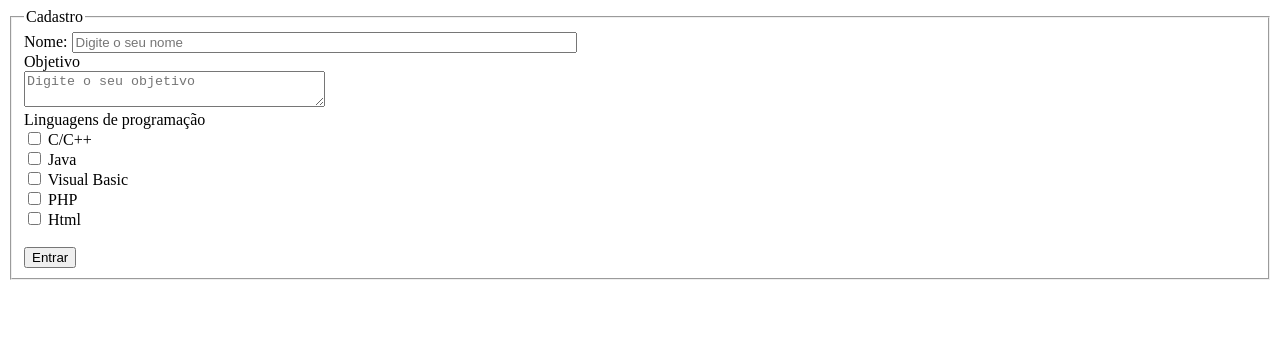
Repository: Lerif/WebServletLearning
Page: http://localhost/WebLearning/
An editor plug-in stored every save of this project. The page is shown before and after the next save, followed by the edit.
The browser window is 1280 px wide. The pictures show the whole page.
The page is served by Tomcat 9. Other server files are loaded and not shown.

Above is the page before, as saved 2016-10-26 13:08:12.

### WebServelets/WebLearning/WebContent/TryJSP.jsp
<%@ page language="java" contentType="text/html; charset=UTF-8"
    pageEncoding="UTF-8"%>
<!DOCTYPE html>
<html>
<head>
<meta http-equiv="Content-Type" content="text/html; charset=UTF-8">
<title>HelloWorld</title>
</head>
<body>
	<form name = "CadastroUsuario" id="CadastroId" method="post" action="ServeletTry">
		<fieldset>
			<legend>Cadastro</legend>
			Nome:
			<input type="text" 	name="name" size="60" placeholder="Digite o seu nome" required/>
			<br>
			Objetivo
			<br>
			<textarea name="objetivo" cols="35" rows="2" placeholder="Digite o seu objetivo" required></textarea>
			<br>

			Linguagens de programação
			<br>
			<input type="checkbox" id="formacao1" name="c" value="0" /> C/C++ <br>
			<input type="checkbox" id="formacao2" name="java" value="1" /> Java<br>
			<input type="checkbox" id="formacao3" name="vb" value="2" /> Visual Basic<br>
			<input type="checkbox" id="formacao5" name="php" value="4" /> PHP<br>
			<input type="checkbox" id="formacao7" name="html" value="6" /> Html<br>

			<br>
			<button onClick="entrar()" value="Submit form">Entrar</button>
			<br>
		</fieldset>
	</form>
</body>

<script>
	function entrar(){
		document.getElementById("CadastroId").submit();
	}
</script>
</html>

After the next save:
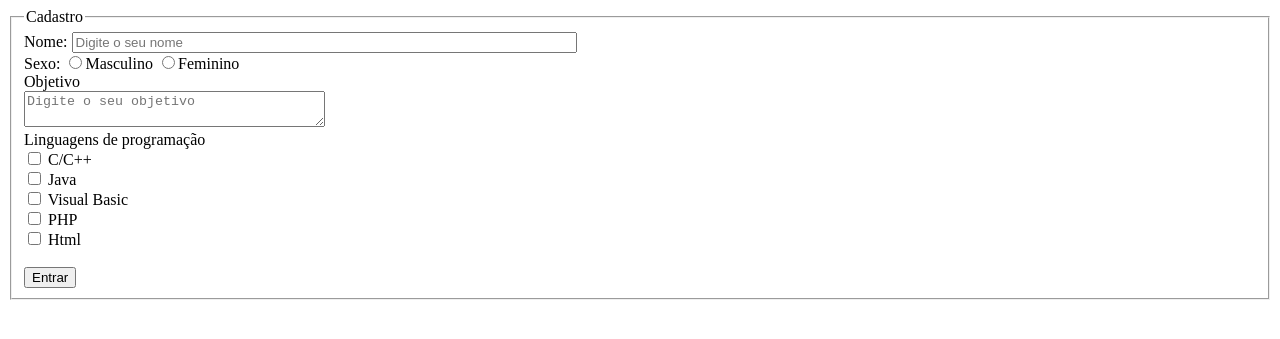
Saved 66 s later.
--- a/WebServelets/WebLearning/WebContent/TryJSP.jsp
+++ b/WebServelets/WebLearning/WebContent/TryJSP.jsp
@@ -13,6 +13,12 @@
 			Nome:
 			<input type="text" 	name="name" size="60" placeholder="Digite o seu nome" required/>
 			<br>
+
+			Sexo:
+			<input type="radio" name="sexo" value="male" />Masculino
+			<input type="radio" name="sexo" value="female"  />Feminino
+			<br>
+
 			Objetivo
 			<br>
 			<textarea name="objetivo" cols="35" rows="2" placeholder="Digite o seu objetivo" required></textarea>
@@ -25,6 +31,8 @@
 			<input type="checkbox" id="formacao3" name="vb" value="2" /> Visual Basic<br>
 			<input type="checkbox" id="formacao5" name="php" value="4" /> PHP<br>
 			<input type="checkbox" id="formacao7" name="html" value="6" /> Html<br>
+
+
 
 			<br>
 			<button onClick="entrar()" value="Submit form">Entrar</button>
